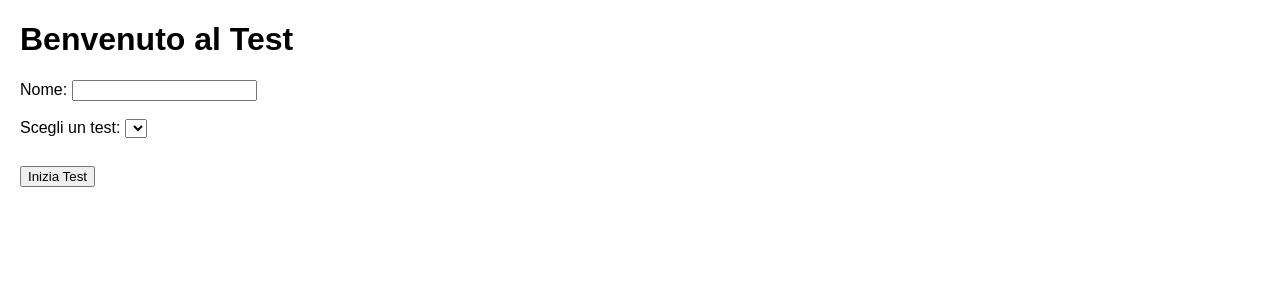
Repository: Probyte5D/Test-Task
Page: wwwroot/index.html
An editor plug-in stored every save of this project. The page is shown before and after the next save, followed by the edit.
The browser window is 1280 px wide. The pictures show the whole page.
The page's requests for data from a server got no answer.

Above is the page before, as saved 2025-10-22 19:38:13.

After the next save:
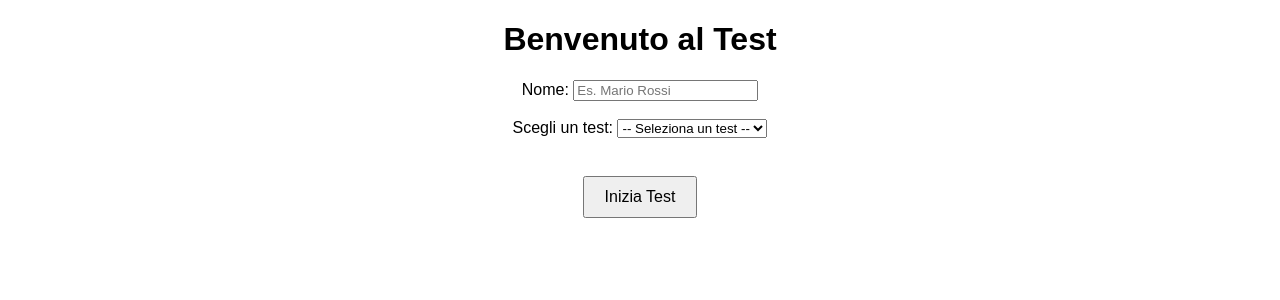
Saved 22 min 37 s later.
--- a/wwwroot/index.html
+++ b/wwwroot/index.html
@@ -1,25 +1,31 @@
 <!DOCTYPE html>
 <html lang="it">
 <head>
-    <meta charset="UTF-8">
-    <title>Test System</title>
-    <style>
-        body { font-family: Arial; margin: 20px; }
-        .hidden { display: none; }
-        .question { margin-bottom: 20px; }
-        .progress { width: 100%; background: #eee; height: 20px; margin-bottom: 10px; }
-        .progress-bar { width: 0; height: 100%; background: #4caf50; }
-        button { margin-top: 10px; }
-    </style>
+<meta charset="UTF-8">
+<title>Test System</title>
+<style>
+    body { font-family: Arial; margin: 20px; text-align: center; }
+    .hidden { display: none; }
+    .question-card { margin-bottom: 20px; padding: 20px; border-radius: 10px; box-shadow: 0 2px 8px rgba(0,0,0,0.2); display: inline-block; text-align: left; }
+    .progress { width: 100%; background: #eee; height: 20px; margin-bottom: 20px; border-radius: 10px; }
+    .progress-bar { width: 0; height: 100%; background: #4caf50; border-radius: 10px; transition: width 0.3s; }
+    .answer-btn { display: block; width: 300px; margin: 10px auto; padding: 15px; font-size: 16px; border: none; border-radius: 8px; cursor: pointer; transition: transform 0.2s; }
+    .answer-btn:hover { transform: scale(1.05); }
+    .answer-btn.correct { background-color: #4caf50; color: white; }
+    .answer-btn.wrong { background-color: #f44336; color: white; }
+    button { margin-top: 20px; padding: 10px 20px; font-size: 16px; cursor: pointer; }
+</style>
 </head>
 <body>
 
 <h1>Benvenuto al Test</h1>
 
 <div id="home">
-    <label>Nome: <input type="text" id="userName"></label><br><br>
+    <label>Nome: <input type="text" id="userName" placeholder="Es. Mario Rossi"></label><br><br>
     <label>Scegli un test:
-        <select id="testSelect"></select>
+        <select id="testSelect">
+            <option value="">-- Seleziona un test --</option>
+        </select>
     </label><br><br>
     <button onclick="startTest()">Inizia Test</button>
     <p id="homeError" style="color:red;"></p>
@@ -28,13 +34,13 @@
 <div id="testView" class="hidden">
     <div class="progress"><div class="progress-bar" id="progressBar"></div></div>
     <div id="questionContainer"></div>
-    <button onclick="nextQuestion()">Prossima Domanda</button>
     <p id="testError" style="color:red;"></p>
 </div>
 
 <div id="resultView" class="hidden">
     <h2>Risultato finale</h2>
     <p id="resultText"></p>
+    <button onclick="restartTest()">Ricomincia</button>
 </div>
 
 <script>
@@ -75,13 +81,16 @@ function startTest() {
 function showQuestion() {
     const q = currentTest.questions[currentQuestionIndex];
     const container = document.getElementById('questionContainer');
-    container.innerHTML = `<div class="question"><p>${q.text}</p></div>`;
+    container.innerHTML = `<div class="question-card"><p><strong>Domanda ${currentQuestionIndex + 1} di ${currentTest.questions.length}:</strong> ${q.text}</p></div>`;
+
     q.options.forEach((opt, i) => {
-        const label = document.createElement('label');
-        label.innerHTML = `<input type="radio" name="answer" value="${i}"> ${opt.text}`;
-        container.appendChild(label);
-        container.appendChild(document.createElement('br'));
+        const btn = document.createElement('button');
+        btn.className = 'answer-btn';
+        btn.textContent = opt.text;
+        btn.onclick = () => selectAnswer(i);
+        container.appendChild(btn);
     });
+
     updateProgress();
 }
 
@@ -90,18 +99,10 @@ function updateProgress() {
     document.getElementById('progressBar').style.width = percent + "%";
 }
 
-function nextQuestion() {
-    const selected = document.querySelector('input[name="answer"]:checked');
-    if (!selected) {
-        document.getElementById('testError').textContent = "Seleziona una risposta!";
-        return;
-    }
-    const answerIndex = parseInt(selected.value);
-    if (currentTest.questions[currentQuestionIndex].options[answerIndex].isCorrect) {
-        correctAnswers++;
-    }
+function selectAnswer(index) {
+    const q = currentTest.questions[currentQuestionIndex];
+    if (q.options[index].isCorrect) correctAnswers++;
     currentQuestionIndex++;
-    document.getElementById('testError').textContent = "";
     if (currentQuestionIndex >= currentTest.questions.length) {
         finishTest();
     } else {
@@ -115,7 +116,6 @@ async function finishTest() {
     document.getElementById('resultText').textContent =
         `Ciao ${document.getElementById('userName').value}, hai risposto correttamente a ${correctAnswers} su ${currentTest.questions.length} domande.`;
 
-    // Salvataggio del risultato su MongoDB
     await fetch('http://localhost:5155/api/UserResult', {
         method: 'POST',
         headers: { 'Content-Type': 'application/json' },
@@ -128,6 +128,13 @@ async function finishTest() {
     });
 }
 
+function restartTest() {
+    document.getElementById('resultView').classList.add('hidden');
+    document.getElementById('home').classList.remove('hidden');
+    document.getElementById('userName').value = '';
+    document.getElementById('testSelect').value = '';
+}
+
 // Carica i test all’avvio
 loadTests();
 </script>
